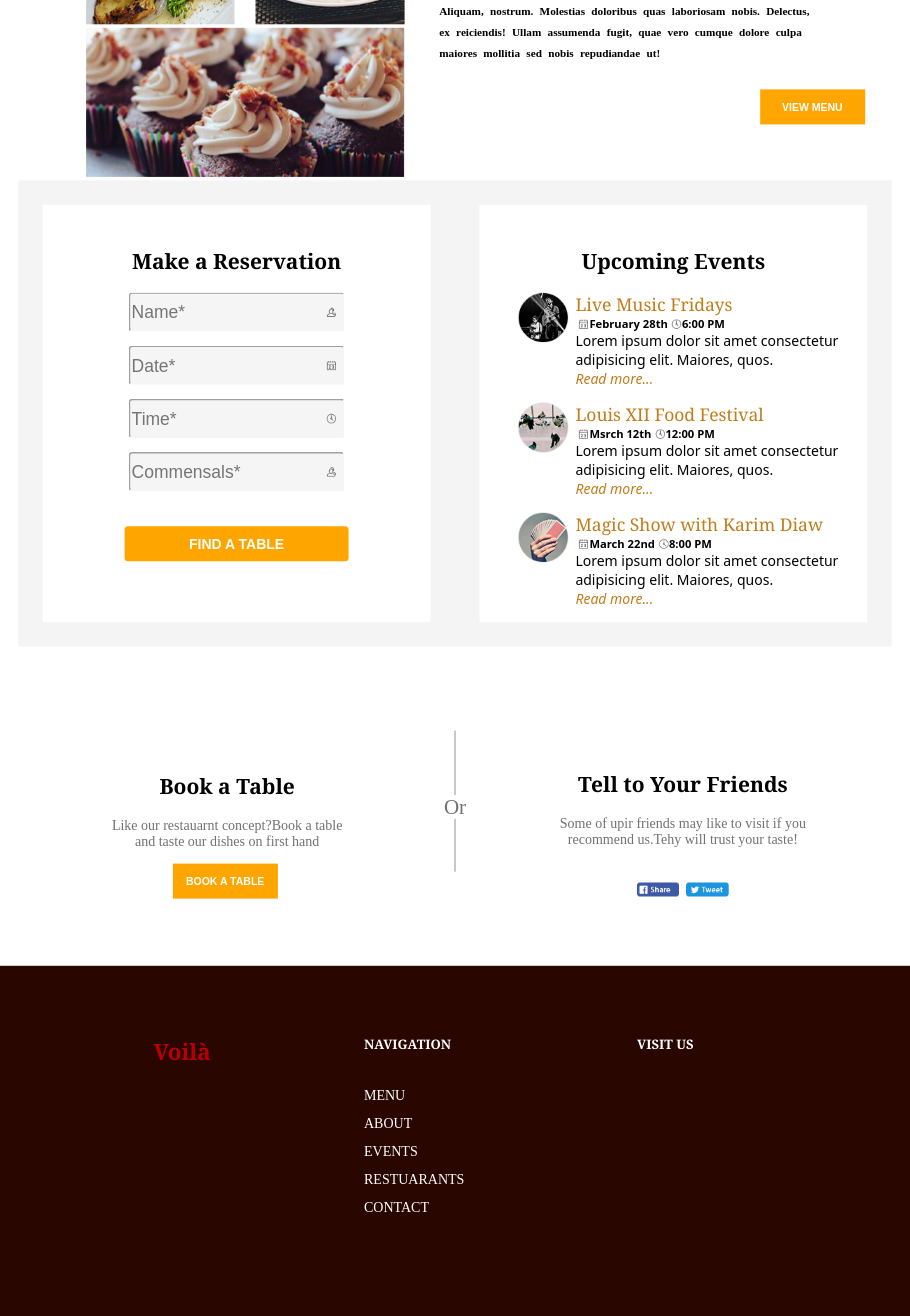
Repository: sis-shen/HTML_vsc
Page: adc_v2/index.html
The author's editor kept a copy of each file at every save. The page is drawn from the files as they stood at one save, then again after the next save.
The browser window is 1280 px wide. The page is 1300 px wide, so the pictures cover 1300 px, including what lies to the right of the window. The pictures show the part of the page from y = 1824 to 3704 px (the page is 3704 px tall), at 70% of full size.

Above is the page before, as saved 2023-08-20 14:11:46.

### adc_v2/index.html
<!DOCTYPE html>
<html lang="zh-CN">
<head>
    <meta charset="UTF-8">
    <meta name="viewport" content="width=device-width, initial-scale=1.0">
    <title>Old8餐厅</title>
    <link rel="stylesheet" href="style.css">
    <link rel="shotcut icon" href="img/王者.png">
</head>
<body>
    <div class="top-box">
        <div class="nav">
            <div class="t-left"><h1>Voilà </h1></div>

            <div class="t-right">
                <div class="nav-box"><a href="menu.html" target="_blank"><h2>MENU</h2></a>
                    <p>Come to see and pick up your favorite</p></div>
                <div class="nav-box"> <a href="about.html" target="_blank"><h2>ABOUT</h2></a>
                    <p>Learn more about us :P</p></div>
                <div class="nav-box"><a href="events.html" target="_blank"><h2>EVENTS</h2></a>
                    <p>We will regularlyt hold events about sing,dance,rap,and basketvall</p></div>
                <div class="nav-box"> <a href="restaurants.html" target="_blank"><h2>RESERVATIONS</h2></a>
                    <p>The earlier,the better</p></div>
                <div class="nav-box"><a href="contact.html" target="_blank"><h2>CONTACT</h2></a>
                    You mean what?noooooo way!</div>
            </div>
        </div>

        <h1 id="wel">WELCOME TO VOILÀ</h1>
        <h3>We offer mouth watering <u>French cuisine</u></h3>

        <div class="button-box">
            <div class="b-left">
                <a href="menu.html" target="_blank"><button>SEE MENU</button></a>
            </div>
            <div class="b-right">
                <a href="table.index" target="_blank"><button>FIND A TABLE</button></a>
            </div>
        </div>

        <h4>Scoll down for details</h4>

        <div class="down-arrow">
            <img src="img/down-arrow-icon.png" alt="">

        </div>
    </div>

    <!-- =============================================== -->

    <div class="top2-box">
        <div class="up-box">
            <div class="up-left">
                <h2 class="h2-title">Aout Voilà Restaurant</h2>
                <p class="main-p">Voilà!there's a restaurant called Voilà ! Who owns it ? For sure it is our lovely lovey Trump's sweet sweet chain restaurant. Thus,No one knows French cuisine better than us!Let's Make French cuisine in American version great again! Let's make our momy proud agin!We have <a href="https://g.nga.cn/read.php?tid=22017775&rand=757" target="_blank"> the best team of busters</a>,aiming at turning every customer into delicious snacks. Any way,stepping in to our restaurant equals to finding your way into heaven. Have a try now!</p>

                <a href="about.index" target="_blank"><button class="main-button">READ MORE</button></a>

            </div>

            <div class="up-right">
                <img src="img/glass of wine.png" alt="">
            </div>
        </div>
        <div class="down-box">
            <div class="down-left"><img src="img/Eric-McGregor-flickr.png" alt="eric"></div>
            <div class="down-right">
                <div class="left"><img src="img/Restaurant kitchen.png" alt=""></div>
                <div class="right"><img src="img/foodiesfeed.com_excelent-beef-steak-vegetables.png" alt=""> </div>
            </div>

        </div>
    </div>

    <!-- =========================================== -->

    <div class="cuisine-box">
        <div class="left-dish-box">
            <div class="uper">
                <div class="left"><img src="img/Steak and vegetables - Foodies Feed.png" alt="" ></div>
                <div class="right"> <img src="img/Beef-steak-pineapple-salad Foodies Feed.png" alt="" id="cup-cake" ></div>
            <div class="clear-fix"></div>


            </div>


            <div class="downer">
                <img src="img/Cup cakes.png" alt="">
            </div>
        </div>

        <div class="right-p">
            <h2 class="h2-title">Tasteful French Cuisine</h2>

            <p class="main-p">Lorem ipsum dolor sit amet consectetur adipisicing elit. Deserunt, perspiciatis eaque deleniti rerum est quibusdam, provident hic reprehenderit aliquid numquam blanditiis ratione iusto alias sed quis. Aliquam, nostrum. Molestias doloribus quas laboriosam nobis. Delectus, ex reiciendis! Ullam assumenda fugit, quae vero cumque dolore culpa maiores mollitia sed nobis repudiandae ut!</p>

            <a href="menu.html" target="_blank"><button class="main-button" id="b2">VIEW MENU</button></a>


        </div>


    </div>

    <div class="res-events">
        <div class="res">
            <h2 class="h2-title">Make a Reservation</h2>
            <div class="name">
                <input type="text" name="name" id="name" placeholder="Name*" size="30">

            </div>
            <div class="name">
                <input type="text" name="date" id="date" placeholder="Date*" size="30">

            </div>
            <div class="name">
                <input type="text" name="time" id="time" placeholder="Time*" size="30">

            </div>
            <div class="name">
                <input type="text" name="commensals" id="commensals" placeholder="Commensals*" size="30">

            </div>

            <div class="find-table">
                <a href="https://cn.bing.com/maps?&mepi=107~Restaurant~MiddleOfPage~Entity_List_Card&ty=17&q=%E9%A4%90%E5%8E%85%20%E9%A2%84%E5%AE%9A%E6%A1%8C%E4%BD%8D&segment=Restaurant&sei=0&cp=nxgc8dv28mpg&child=%26ty%3D18%26q%3D%25E5%25A8%2581%25E6%2596%25AF%25E6%25B1%2580%25E4%25BC%2591%25E9%2597%25B2%25E9%25A4%2590%25E5%258E%2585%26ss%3Dypid.YN4067x2077920041126122936%26segment%3DRestaurant%26ppois%3D29.495840072631836_120.91497039794922_%25E5%25A8%2581%25E6%2596%25AF%25E6%25B1%2580%25E4%25BC%2591%25E9%2597%25B2%25E9%25A4%2590%25E5%258E%2585_YN4067x2077920041126122936~%26cp%3Dnxgc8dv28mpg%26EnableMapViewChange%3Dtrue&FORM=SNAPST" target="_blank">

                    <input type="submit" value="FIND A TABLE" id="find-table">
                </a>
            </div>

        </div>




        <div class="events-box">

            <h2 class="h2-title">Upcoming Events</h2>

            <ul class="event-list">
                <li class="event-emp" >

                    <div class="icon"><img src="img/Live music Fridays.png" alt=""></div>
                    <div class="content">
                        <div class="event-title">Live Music Fridays</div>

                        <div class="date">
                            <div class="daytime1" id="L1-1">February 28th
                        </div>
                        <div class="daytime2" id="L1-2">6:00 PM</div>
                        </div>

                                            <div class="event-dsp">Lorem ipsum dolor sit amet consectetur adipisicing elit. Maiores, quos.</div>
                                            <div class="read-more"><a href="https://www.eventbrite.com/e/live-music-fridays-tickets-599842574287" target="_blank">Read more...</a></div>

                    </div>

                </li>
                <li class="event-emp" >

                    <div class="icon"><img src="img/Festival.png" alt=""></div>
                    <div class="content">
                        <div class="event-title">Louis XII Food Festival</div>

                        <div class="date">
                            <div class="daytime1" id="L1-1">Msrch 12th
                        </div>
                        <div class="daytime2" id="L1-2">12:00 PM</div>
                        </div>

                                            <div class="event-dsp">Lorem ipsum dolor sit amet consectetur adipisicing elit. Maiores, quos.</div>
                                            <div class="read-more"><a href="https://newinzurich.com/2019/09/louis-xlll-cognac-food-pairing-epicure-food-festival-dolder-grand/" target="_blank">Read more...</a></div>

                    </div>

                </li>
                <li class="event-emp" >

                    <div class="icon"><img src="img/magic show.png" alt=""></div>
                    <div class="content">
                        <div class="event-title">Magic Show with Karim Diaw</div>

                        <div class="date">
                            <div class="daytime1" id="L1-1">March 22nd
                        </div>
                        <div class="daytime2" id="L1-2">8:00 PM</div>
                        </div>

                                            <div class="event-dsp">Lorem ipsum dolor sit amet consectetur adipisicing elit. Maiores, quos.</div>
                                            <div class="read-more"><a href="https://www.bilibili.com/video/BV1Fb411D7HK/?vd_source=df9276f62b91b382ecf0a8c1064ea7de" target="_blank">Read more...</a></div>

                    </div>

                </li>

            </ul>





        </div>
    </div>

    <div class="book-share">
        <div class="book">
            <h2 class="h2-title">Book a Table</h2>
            <div class="b-dsc">

                <p >Like our restauarnt concept?Book a table <br>and taste our dishes on first hand</p>
            </div>
            <a href="https://cn.bing.com/search?q=book+a+table&cvid=041b15cce42e41dbbbc3da2f1843c494&aqs=edge.0.0j69i64j0l7.2404j0j4&FORM=ANAB01&PC=EDGEINJP" target="_blank"><button type="button" class="main-button" id="book-table">BOOK A TABLE</button></a>
        </div>
        <div class="or"><p></p></div>
        <div class="share">
            <h2 class="h2-title">Tell to Your Friends</h2>
            <div class="b-dsc">
                <p>Some of upir friends may like to visit if you <br>recommend us.Tehy will trust your taste!</p>

            </div>
            <div class="link-to-2">
                <div class="facebook"><a href="https://connect.facebook.com/"  target="_blank">
                <img src="img/Facebook Share button.png" alt=""></a></div>

                <div class="twitter"><a href="http://twittter.com/" target="_blank">
                <img src="img/Tweet button.png" alt=""></a></div>

            </div>
        </div>

    </div>

    <div class="p-or"><p>Or</p></div>

    <div class="bottom">
        <div class="bo-left">
            <h1>Voilà</h1>
        </div>
        <div class="bo-mid">
            <h3>NAVIGATION</h3>
            <div class="a-box">

                <a href="menu.html" target="_blank">MENU <br></a>
                <a href="about.html" target="_blank">ABOUT <br></a>
                <a href="events.html" target="_blank">EVENTS <br></a>
                <a href="restaurants.html" target="_blank">RESTUARANTS <br></a>
                <a href="contact.html" target="_blank">CONTACT <br></a>
            </div>
        </div>
        <div class="bo-right">
            <h3>VISIT US</h3>
        </div>
    </div>


</body>
</html>

### adc_v2/style.css

body {
    box-sizing: border-box;
    font-family:Georgia, 'Times New Roman', Times, serif;

    width: 1300px;

    margin: 0 auto;

}

.clear-fix{
    clear: both;
}

/* .up-left h2 */
.h2-title{

    text-align: center;
    font-size: 30px;
}
.main-p{
    line-height: 30px;
    word-spacing: 5px;
    font-family: 微软雅黑;
    font-weight: bold;
}

.main-button{
    background-color:orange;
    height: 50px;
    width:150px;
    color: #fff;
    font-size: 15px;
    font-weight: bold;
    border: 0;
    margin-left: 350px;
}

.main-button:hover{
    background-color:rgb(213, 139, 0);

}

/* =======top-box===== */

.top-box{
    margin:auto;

    width: 1300px;
    height: 650px;
    background-image: url("img/top.png");
    background-repeat: no-repeat;

    /* border: red solid 10px; */

}

.nav {
    width: 100%;
    height: 200px;
    /* background-color: rgba(0, 255, 255, 0.207); */
    display: flex;
}

.t-left{
    height:100%;
    width: 40%;
    /* background-color: rgba(255, 0, 0, 0.236); */
}

.t-right{
    display: flex;
    height: 100%;
    width:60%;
    font-family: 微软雅黑;
}

.nav-box{
    width: 20%;
    height: 100%;
    /* background-color: rgba(255, 255, 0, 0.149); */
    color: #fff;
}

.nav-box a{
    text-decoration: none;
    color: #fff;
}

.top-box h2{
    font-size:medium
}

.t-left h1{
    color:rgb(212, 0, 0);
    position: relative;
    left:30%;
    top:20px;
}

#wel{
    text-align: center;
    color: #fff;

    font-size: 50px;
}

.top-box h3{
    text-align: center;
    color: #fff;
    font-size: 35px;
}

.button-box{
    display: flex;
    align-items: center;
    justify-content: center;
    margin-top: 60px;
}

.button-box button{
    width: 120px;
    height: 45px;
    margin-inline: 40px;
    font-family: 微软雅黑;
    color: #fff;
}

.b-left button{
    background-color: rgb(255, 106, 0);
    border: 0;
    border-radius: 5%;
}

.b-left button:hover{
    background-color: rgb(205, 85, 0);

}

.b-right button{
    background-color: rgb(60, 60, 60);
    border: 0;
    border-radius: 5%;

}

.b-right button:hover{
    background-color: rgb(35, 35, 35);

}

.top-box h4{
    text-align: center;
    color: #fff;
    font-family: 微软雅黑;
    font-weight:normal;
    margin-top: 80px;
}


.down-arrow {
    text-align: center;
}



/* ===========top2-box============== */

.top2-box{
    background-color: #ebebeb;
    padding-bottom: 50px;
}

.top2-box .up-box
{

    margin-top: 50px;
    display: flex;

    /* border: red solid 10px; */
}

.top2-box .up-left{
    width: 45%;
    min-height: 200px;

    /* border: red solid 10px; */

}

.top2-box .up-right{
    width: 55%;
    min-height: 200px;
}

.up-right img{
    width: 100%;
}





.up-left p a {
    text-decoration: none;
    color: rgb(255, 179, 0);
}

.up-left p a:hover{
    color: rgb(193, 135, 0);

}





.down-box{
    display: flex;
}



.down-right{
    margin-top: 50px;
    width: 45%;
    /* border: red solid 10px; */
    display: flex;

}

.down-right .left{
    width: 45%;
    /* margin-left:5%; */
    margin-right: 10%;
    /* border: red solid 10px; */

}

.down-right .right{
    width: 45%;
    /* border: red solid 10px; */

}

.down-left{
    width: 55%;
    max-height: 250px;
}

.down-left img{
    width: 90%;
    position: relative;
    top:-10em
}

.cuisine-box {
    width: 100%;
    margin-top: 50px;
    display: flex;
    justify-content: center;

    .left-dish-box{
        width: 455px;

        /* border: red solid 10px; */


        .uper{
            margin: 0;
            display: flex;


            .left{
                width: 50%;
            }

            .right{
                width: 50%;
            }
        }

        .downer{

        }

    }


    #cup-cake{
        float: right;
    }

    .right-p{
        width: 550px;
        margin-left: 50px;
        /* border: red solid 10px; */

    }
}

#b2{
    margin-top: 20px;
    margin-left: 458px;
}
/* ==============reservation & events============= */

.res-events{
    margin: 0 auto;
    width: 96%;
    display: flex;
    background-color: #f4f4f4;

    .res{
        padding-top: 35px;
        margin: 35px;
        background-color: white;
        width: 50%;
        /* border: red solid 10px; */

    }
    .events-box{
        padding-top: 35px;

        margin: 35px;
        background-color: white;
        width: 50%;

        .event-list{
            list-style-type: none;



            .event-emp{
                margin-bottom: 20px;
                width: 90%;
                /* display: block; */
                display: flex;
                /* border: red solid 10px; */
                padding-left: 15px;


                .icon{
                    width: 72px;
                }

                .content{
                    margin-left: 10px;


                    .event-title{
                        font-size:25px ;
                        color:rgb(192, 125, 25);
                    }

                    .date{
                        display: flex;

                        .daytime1{
                            margin-left: 5px;
                            padding-left: 15px;
                            font-family: system-ui, -apple-system, BlinkMacSystemFont, 'Segoe UI', Roboto, Oxygen, Ubuntu, Cantarell, 'Open Sans', 'Helvetica Neue', sans-serif;
                            font-weight: 800;

                            background-image: url("img/Date-icon.png");
                            background-repeat: no-repeat;
                            background-position: left center;

                        }
                        .daytime2{
                            margin-left: 5px;
                            padding-left: 15px;
                            font-family: system-ui, -apple-system, BlinkMacSystemFont, 'Segoe UI', Roboto, Oxygen, Ubuntu, Cantarell, 'Open Sans', 'Helvetica Neue', sans-serif;
                            font-weight: 800;

                            background-image: url("img/Time-icon.png");
                            background-repeat: no-repeat;
                            background-position: left center;

                        }

                    }

                    .event-dsp{
                        /* color: #f4f4f4; */
                        font-family: system-ui, -apple-system, BlinkMacSystemFont, 'Segoe UI', Roboto, Oxygen, Ubuntu, Cantarell, 'Open Sans', 'Helvetica Neue', sans-serif;

                        font-weight: 500;
                        font-size: 20px;
                    }

                    .read-more a{
                        text-decoration: none;
                        font-style: italic;
                        color:rgb(192, 125, 25);
                        font-family: system-ui, -apple-system, BlinkMacSystemFont, 'Segoe UI', Roboto, Oxygen, Ubuntu, Cantarell, 'Open Sans', 'Helvetica Neue', sans-serif;
                        font-size: 20px;


                    }
                    .read-more a:hover{
                        color:rgb(161, 105, 21);

                    }


                }

            }

        }




    }
}

.name{
    text-align: center;
    margin-bottom: 20px;

    #name{
        background-color: rgb(245, 245, 245);
        height: 50px;
        width: 300px;
        font-size:25px;
        border-radius: 5px;
        background-image: url("img/commensals-icon.png");
        background-repeat: no-repeat;
        background-position: center right 10px;
        border-color: #f4f4f4;
    }

    #date{
        background-color: rgb(245, 245, 245);
        height: 50px;
        width: 300px;
        font-size:25px;
        border-radius: 5px;
        background-image: url("img/Date-icon.png");
        background-repeat: no-repeat;
        background-position: center right 10px;
        border-color: #f4f4f4;
    }
    #time{
        background-color: rgb(245, 245, 245);
        height: 50px;
        width: 300px;
        font-size:25px;
        border-radius: 5px;
        background-image: url("img/Time-icon.png");
        background-repeat: no-repeat;
        background-position: center right 10px;
        border-color: #f4f4f4;
    }
    #commensals{
        background-color: rgb(245, 245, 245);
        height: 50px;
        width: 300px;
        font-size:25px;
        border-radius: 5px;
        background-image: url("img/commensals-icon.png");
        background-repeat: no-repeat;
        background-position: center right 10px;
        border-color: #f4f4f4;
    }
}

.find-table{
    text-align: center;
    margin-top: 50px;

    #find-table{
        background-color:orange;
    height: 50px;
    width:320px;
    color: #fff;
    font-size: 20px;
    font-weight: bold;
    border: 0;
    border-radius: 5px;
    }

    #find-table:hover{
        background-color:rgb(228, 148, 0);

    }
}

.book-share{
    /* padding-top: 150px; */
    width: 100%;
    /* border: red solid 10px; */
    display: flex;
    justify-content: center;
    align-items: center;
    .book{
        width: 50%;
        /* min-height: 500px; */
        padding-top: 150px;
        /* border: red solid 10px; */



    }

    .or{
        width: 1x;
        height: 200px;
        border: rgb(179, 179, 179) 1px solid;
        position: relative;
        bottom: -40px;


    }

    .share{
        padding-top: 150px;

        width: 50%;
        /* min-height: 500px; */
        /* border: red solid 10px; */

        .link-to-2{
            display: flex;
            justify-content: center;
            align-items: center;
            margin-top: 50px;

            .facebook{
                margin-right: 10px;
            }
        }

    }
}

.p-or{
    margin: 0 auto;
    width: 5%;
    text-align: center;
}

.p-or p{
    font:30px 微软雅黑;
    background-color: white;
    position: relative;
    bottom:180px ;
    color: #727272;
}

#book-table{
    position: relative;
    margin:0;
    left: 38%
}

.b-dsc{
    font-family: 微软雅黑;
    font-size: 20px;
    color: #727272;
    text-align: center;
}

.bottom{
    width: 100%;
    min-height: 500px;
    background-color: rgb(41, 6, 0);
    display: flex;

    .bo-left{
        width: 40%;
    }
    .bo-left h1{
        text-align: center;
        margin-top: 100px;
        color: rgb(185, 0, 0);
    }

    .bo-mid{
        padding-top: 80px;
        width: 30%;

        .a-box{
            margin-top: 40px;
        }

    }

    .bo-mid a{
        text-decoration: none;
        color: white;
        line-height: 40px;
        font-size: 20px;
        font-family: 微软雅黑;
    }
    .bo-right{
        padding-top: 80px;
        width: 30%;
    }
}

.bottom h3{
    color: white;
}

After the next save:
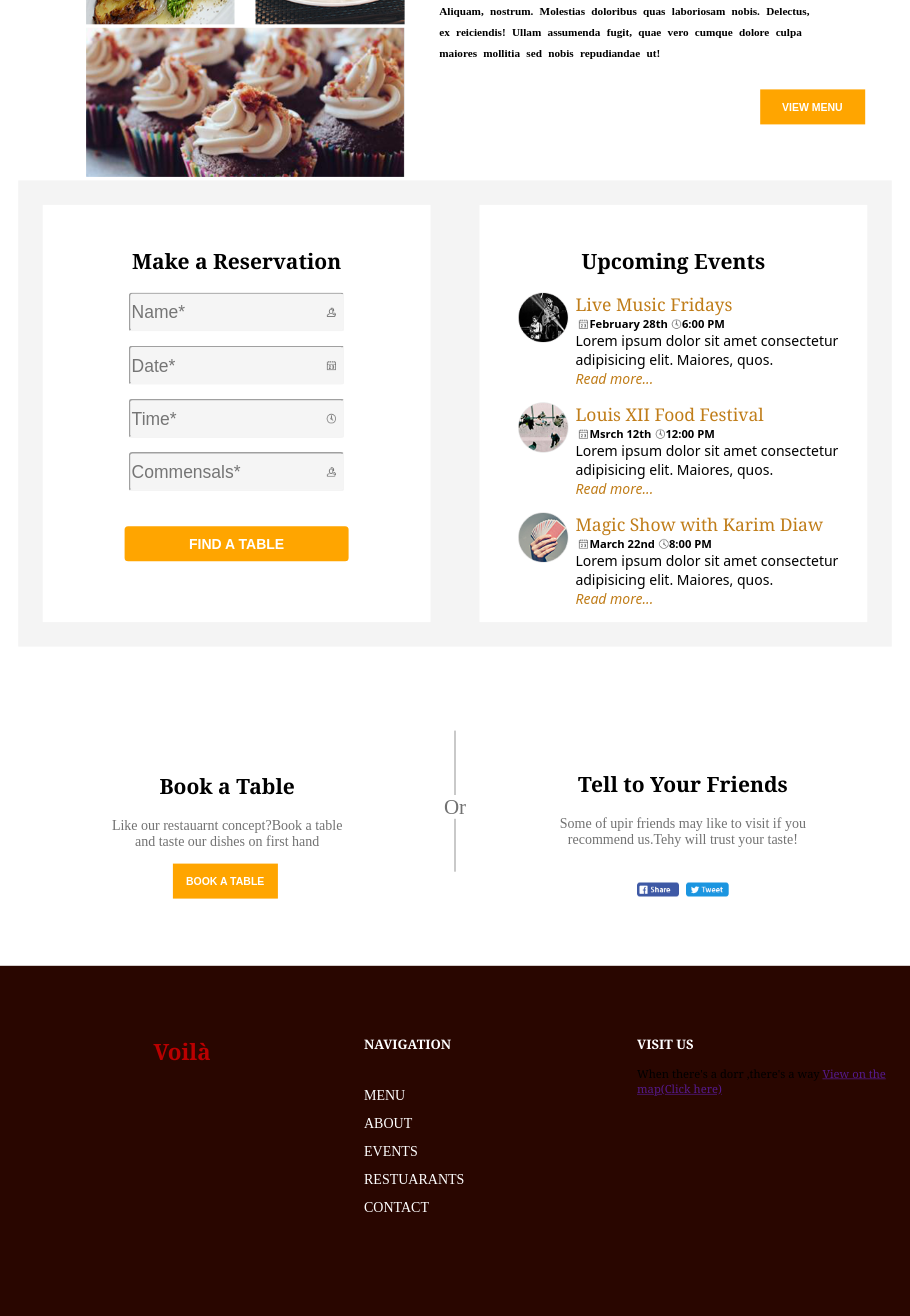
Saved 73 s later.
--- a/adc_v2/index.html
+++ b/adc_v2/index.html
@@ -251,6 +251,7 @@
         </div>
         <div class="bo-right">
             <h3>VISIT US</h3>
+            <p>When there's a dorr ,there's a way <a href="">View on the map(Click here)</a></p>
         </div>
     </div>
 
